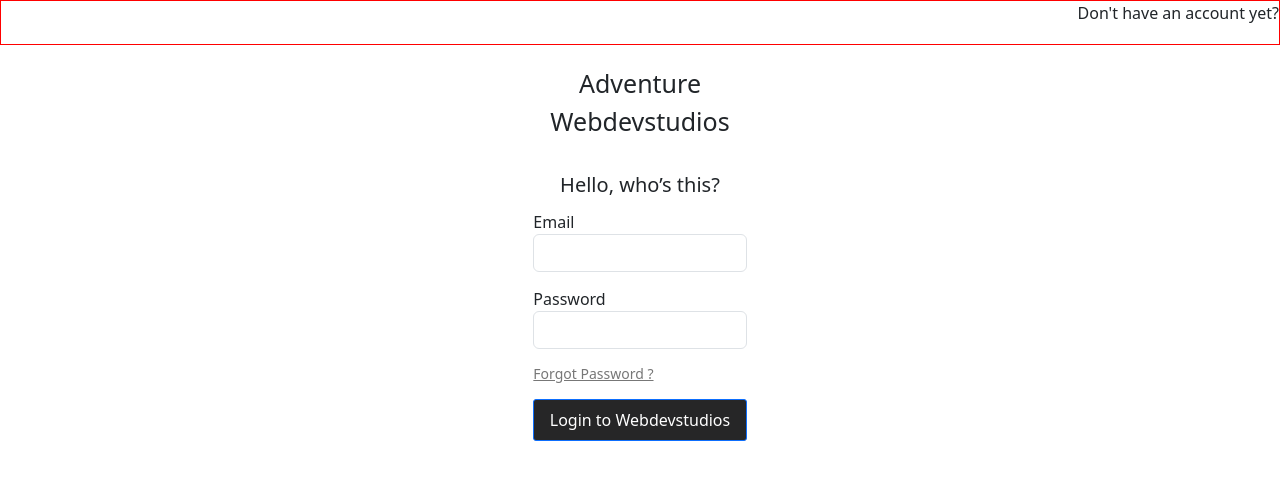
Repository: nnbxxx/React-Untimate
Page: /login
The author's editor kept a copy of each file at every save. The page is drawn from the files as they stood at one save, then again after the next save.
The browser window is 1280 px wide. The pictures show the whole page.
The project was rebuilt for these pictures with package versions that can differ from the ones it lists, and the page was loaded fresh each time. Also part of the build but not shown: src/components/Header/header.js, src/App.js, src/components/User/User.js, src/components/Admin/SideBar.scss, src/components/Admin/SideBar.js, src/components/Admin/Admin.scss, src/components/Admin/Admin.js, src/components/Home/HomePage.js and 11 more. Imported but missing from the stored project, and not drawn on this page: src/assets/video-homepage.webm.

Above is the page before, as saved 2023-04-12 20:56:52.

### src/index.js
import React from "react";
import ReactDOM from "react-dom/client";
import App from "./App";
import reportWebVitals from "./reportWebVitals";
import { Provider } from "react-redux";
import store from "./redux/store";
import "bootstrap/dist/css/bootstrap.min.css";
import User from "./components/User/User";
import Admin from "./components/Admin/Admin";
import HomePage from "./components/Home/HomePage";
import ManageUser from "./components/Admin/Content/ManageUser";
import DashBoard from "./components/Admin/Content/DashBoard";
import {
  createBrowserRouter,
  RouterProvider,
  BrowserRouter,
  Route,
  Routes,
} from "react-router-dom";
import Login from "./components/Auth/Login";

const root = ReactDOM.createRoot(document.getElementById("root"));
root.render(
  <Provider store={store}>
    {/* <React.StrictMode> */}
    <BrowserRouter>
      <Routes>
        <Route path='/' element={<App />}>
          <Route index element={<HomePage />} />
          <Route path='users' element={<User />} />
        </Route>
        <Route path='/admins' element={<Admin />}>
          <Route index element={<DashBoard />} />
          <Route path='manage-users' element={<ManageUser />} />
        </Route>
        <Route path='/login' element={<Login />} />
      </Routes>
    </BrowserRouter>

    {/* </React.StrictMode> */}
  </Provider>
);

// If you want to start measuring performance in your app, pass a function
// to log results (for example: reportWebVitals(console.log))
// or send to an analytics endpoint. Learn more: https://bit.ly/CRA-vitals
reportWebVitals();

### src/components/Auth/Login.js
import { Button } from "react-bootstrap";
import "./Login.scss";
import { useState } from "react";
const Login = () => {
  const [email, setEmail] = useState("");
  const [password, setPassword] = useState("");
  const handleLogin = () => {
    alert("me");
  };
  return (
    <div className='login-container'>
      <div className='header mx-auto'>Don't have an account yet?</div>
      <div className='title col-2 mx-auto'>Adventure Webdevstudios</div>
      <div className='welcome col-2 mx-auto'>Hello, who’s this?</div>
      <div className='content-form col-2 mx-auto'>
        <div className='form-group'>
          <label>Email</label>
          <input
            type='email'
            className='form-control'
            value={email}
            onChange={(e) => {
              setEmail(e.target.value);
            }}
          />
        </div>
        <div className='form-group'>
          <label>Password</label>
          <input
            type='password'
            className='form-control'
            value={password}
            onChange={(e) => {
              setPassword(e.target.value);
            }}
          />
        </div>
        <span className='forgot-password'>Forgot Password ?</span>
        <div>
          <Button
            className='btn-submit'
            onClick={(e) => {
              handleLogin();
            }}
          >
            Login to Webdevstudios
          </Button>
        </div>
      </div>
    </div>
  );
};
export default Login;

### src/App.scss
body {
  padding: 0;
  margin: 0;
  font-family: -apple-system, BlinkMacSystemFont, "Segoe UI", "Roboto", "Oxygen",
    "Ubuntu", "Cantarell", "Fira Sans", "Droid Sans", "Helvetica Neue",
    sans-serif;
  -webkit-font-smoothing: antialiased;
  -moz-osx-font-smoothing: grayscale;
}
.app-container {
  .header-container {
    .btn-login {
      border-radius: 4px;
      color: #262627;
      justify-content: center;
      line-height: 24px;
      margin: 0px 16px 0px 0px;
      padding: 8px 16px;
      text-align: center;
      border: 1px solid black;
    }
    .btn-signup {
      border-radius: 4px;
      color: #fff;
      background-color: #262627;
      justify-content: center;
      line-height: 24px;
      margin: 0px 16px 0px 0px;
      padding: 8px 16px;
      text-align: center;
      border: 1px solid black;

      &:hover {
        // opacity: 0.9;
        background-color: black;
      }
    }
    .navbar {
      z-index: 10;
      padding-top: 25px;
      background-color: rgba(0, 0, 0, 0) !important;
      .nav-link {
        &.active {
          color: #00bfff;
        }
      }
    }
  }
  .homepage-content {
    margin-top: 40px;
    padding: 0 100px;
    position: relative;
    width: 50%;
    display: flex;
    justify-content: center;
    flex-direction: column;
    gap: 20px;
    .title-1 {
      color: #262627;
      font-size: 60px;
      font-weight: 300;
      line-height: 76.8px;
      margin: 0px 0px 24px;
    }
    .title-2 {
      color: #262627;
      font-size: 20px;
      font-weight: 300;
      line-height: 31.2px;
      margin: 0px 0px 40px;
    }
    .btn-3 {
      background-color: #262627;
      border-radius: 4px;
      color: #fcfaf8;
      display: inline-block;
      justify-content: center;
      line-height: 24px;
      padding: 10px 20px;
      text-align: center;
      width: 200px;
      border: none;

      &:hover {
        // opacity: 0.9;
        background-color: black;
      }
    }
  }
}
video {
  position: fixed;
  bottom: 0;
  width: 100vw;
}
@media (min-width: 1450px) {
  .container,
  .container-lg,
  .container-md,
  .container-sm,
  .container-xl,
  .container-xxl {
    max-width: 1400px !important;
  }
}

### src/components/Auth/Login.scss
.login-container {
  .header {
    height: 45px;
    text-align: right;
    border: 1px solid red;
  }
  .title {
    font-size: 25px;
    padding: 20px 0;
    text-align: center;
  }
  .welcome {
    font-size: 20px;
    padding: 10px 0;
    text-align: center;
  }
  .content-form {
    display: flex;

    justify-content: center;
    flex-direction: column;
    gap: 15px;
    .forgot-password {
      color: #777777;
      display: inline;
      font-size: 14px;
      line-height: 19.6px;
      text-decoration-line: underline;
    }
    .btn-submit {
      width: 100%;
      display: flex;
      justify-content: center;
      align-items: flex-start;
      background-color: #262627 !important;
      border-radius: 3px;
      color: #ffffff !important;
      line-height: 28px;
      text-align: center;
      outline: none;
    }
  }
}

Loaded but not shown: public/index.html (common file); src/reportWebVitals.js (common file); src/redux/store.js (common file); src/redux/reducer/rootReducer.js (common file); src/redux/reducer/counterReducer.js (common file); src/redux/action/counterAction.js (common file)

After the next save:
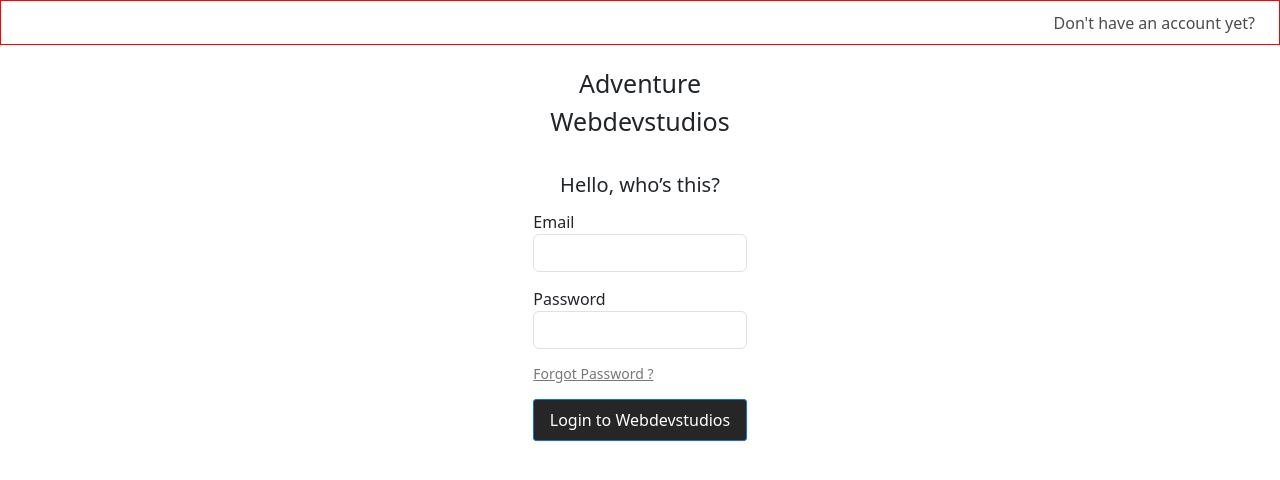
Saved 23 min 55 s later.
--- a/src/components/Auth/Login.scss
+++ b/src/components/Auth/Login.scss
@@ -1,6 +1,11 @@
 .login-container {
   .header {
     height: 45px;
+    align-items: center;
+    color: #4c4c4c;
+    display: flex;
+    justify-content: flex-end;
+    padding: 8px 24px;
     text-align: right;
     border: 1px solid red;
   }
